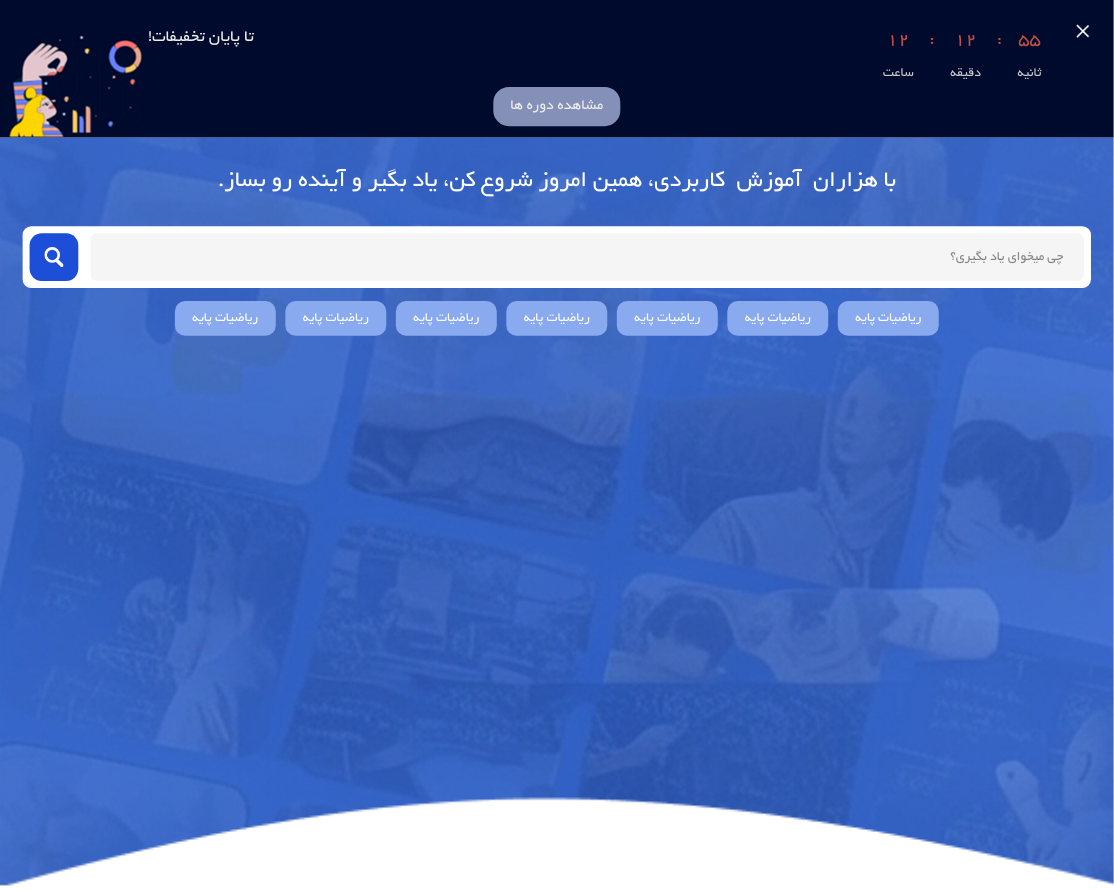
Repository: sinafath/fradars
Page: /
The author's editor kept a copy of each file at every save. The page is drawn from the files as they stood at one save, then again after the next save.
The browser window is 1280 px wide. The pictures show the whole page, at 87% of full size.
The project was rebuilt for these pictures with package versions that can differ from the ones it lists, and the page was loaded fresh each time. The framework's server and built-in components were replaced by stand-ins that run in the browser. Also part of the build but not shown: next.config.ts.

Above is the page before, as saved 2025-09-21 20:04:45.

### src/app/layout.tsx
import type { Metadata } from "next";
import localFont from 'next/font/local'

const myFont = localFont({
  src: '../../public/BYEKAN.ttf',
})
import "./globals.css";

console.log(myFont)

export const metadata: Metadata = {
  title: "Fradars",
  description: "tutoring website",
};

export default function RootLayout({
  children,
}: Readonly<{
  children: React.ReactNode;
}>) {
  return (
    <html lang="fa" dir="rtl" className={myFont.className}>
      <body
      >
        {children}
      </body>
    </html>
  );
}

### src/app/page.tsx
import { Center, Column, Row } from "@/components/core";
import Image from "next/image";

export default function Home() {
  return (
    <div>
      <div className="w-full relative flex justify-center bg-[#000A2D] h-[158px] ">
        <Image
          aria-hidden
          className="absolute left-0"
          src="/1.png"
          alt="File icon"
          width={163}
          height={157}
        />
        <Image
          aria-hidden
          className="absolute top-[28px] start-[28px]"
          src="/2.png"
          alt="File icon"
          width={15}
          height={15}
        />
        <Row className="top-[30px] absolute start-[83px] gap-[18px] h-[58px]" align="start" >
          <Column className="gap-[20px] text-center">
            <span className="text-[22px]  h-[22px]  text-[#BF4F43]">۵۵</span>
            <span className="text-[#C9C9C9] text-[16px]">ثانیه</span>
          </Column >
          <span className="text-[22px] text-[#BF4F43]">:</span>
          <Column className="gap-[20px] text-center">
            <span className="text-[22px] h-[22px]  text-[#BF4F43]">۱۲</span>
            <span className="text-[#C9C9C9] text-[16px]">دقیقه</span>
          </Column >
          <span className="text-[22px] text-[#BF4F43]">:</span>
          <Column className="gap-[20px] text-center">
            <span className="text-[22px] h-[22px]  text-[#BF4F43]">۱۲</span>
            <span className="text-[#C9C9C9] text-[16px]">ساعت</span>
          </Column >

        </Row>
        <p className=" absolute top-[29px] end-[170px] text-[#EDEDED] text-[20px]">تا پایان تخفیفات!</p>
        <button className=" w-[146px] h-[45px] bg-[#8590B8] rounded-[18px] absolute bottom-[13px] text-[18px] text-[#EDEDED]">مشاهده دوره ها</button>
      </div>
      <Column className="relative text-center">
        <h1 className="text-[28px] text-white pt-[30px] px-[62px]"> با هزاران  آموزش‌  کاربردی، همین امروز شروع کن،
          یاد بگیر و آینده رو بساز.</h1>
        <Row className="mt-[30px] w-[calc(100%-52px)] bg-white p-[8px] gap-[14px] h-[71px] mx-[26px] rounded-[10px]" >
          <input type="text" className="bg-[#F5F5F5] flex-1 h-full rounded-[8px] px-[24px] " placeholder="چی میخوای یاد بگیری؟" />
          <Center className="bg-[#1D4ED8] w-[56px] h-full rounded-[14px]">
            <img src="/4.svg" />
          </Center>
        </Row>
        <Row className="flex-wrap gap-x-[11px] gap-y-[15px] mt-[15px] justify-center ">
          <div className="rounded-[12px] text-[16px] px-[20px] py-[8px] bg-[#8AAAF0] text-white"> ریاضیات پایه </div>
          <div className="rounded-[12px] text-[16px] px-[20px] py-[8px] bg-[#8AAAF0] text-white"> ریاضیات پایه </div>
          <div className="rounded-[12px] text-[16px] px-[20px] py-[8px] bg-[#8AAAF0] text-white"> ریاضیات پایه </div>
          <div className="rounded-[12px] text-[16px] px-[20px] py-[8px] bg-[#8AAAF0] text-white"> ریاضیات پایه </div>
          <div className="rounded-[12px] text-[16px] px-[20px] py-[8px] bg-[#8AAAF0] text-white"> ریاضیات پایه </div>
          <div className="rounded-[12px] text-[16px] px-[20px] py-[8px] bg-[#8AAAF0] text-white"> ریاضیات پایه </div>
          <div className="rounded-[12px] text-[16px] px-[20px] py-[8px] bg-[#8AAAF0] text-white"> ریاضیات پایه </div>
        </Row>
        <Image
          aria-hidden
          className="absolute top-0 start-0 w-full z-[-1]"
          src="/3.png"
          alt="File icon"
          width={560}
          height={377}
        />
      </Column>

    </div>
  );
}

### src/app/globals.css

@import "tailwindcss";

:root {
  --background: #ffffff;
  --foreground: #171717;
}

@theme inline {
  --color-background: var(--background);
  --color-foreground: var(--foreground);
}
@layer base {
  *{
    @apply box-border; /* Ensures box-sizing: border-box */
  }
}
@media (prefers-color-scheme: dark) {
  :root {
    --background: #0a0a0a;
    --foreground: #ededed;
  }
}


body {
  background: var(--background);
  color: var(--foreground);
  font-weight: normal;
}

### src/components/core.tsx
import { cn } from "@/lib/utils";
import { ReactNode } from "react";

type AlignItems = 'start' | 'center' | 'end' | 'baseline' | 'stretch';
type JustifyContent = 'start' | 'center' | 'end' | 'between' | 'around' | 'evenly';

interface FlexProps {
    children?: ReactNode;
    className?: string;
    align?: AlignItems;
    justify?: JustifyContent;
}

const alignClasses: Record<AlignItems, string> = {
    start: 'items-start',
    center: 'items-center',
    end: 'items-end',
    baseline: 'items-baseline',
    stretch: 'items-stretch',
};

const justifyClasses: Record<JustifyContent, string> = {
    start: 'justify-start',
    center: 'justify-center',
    end: 'justify-end',
    between: 'justify-between',
    around: 'justify-around',
    evenly: 'justify-evenly',
};

interface CenterProps {
    children: ReactNode;
    className?: string;
}

function Center({ children, className }: CenterProps) {
    return (
        <div className={cn('flex items-center justify-center', className)}>
            {children}
        </div>
    );
}

function Row({
    children,
    className,
    align = 'center',
    justify = 'start',
    ...props
}: FlexProps) {
    return (
        <div
            className={cn('flex flex-row', alignClasses[align], justifyClasses[justify], className)}
            {...props}
        >
            {children}
        </div>
    );
}

function Column({
    children,
    className,
    align = 'center',
    justify = 'start',
    ...props
}: FlexProps) {
    return (
        <div
            className={cn('flex flex-col', alignClasses[align], justifyClasses[justify], className)}
            {...props}
        >
            {children}
        </div>
    );
}

export { Column, Center, Row };

Loaded but not shown: src/lib/utils.ts (common file)

After the next save:
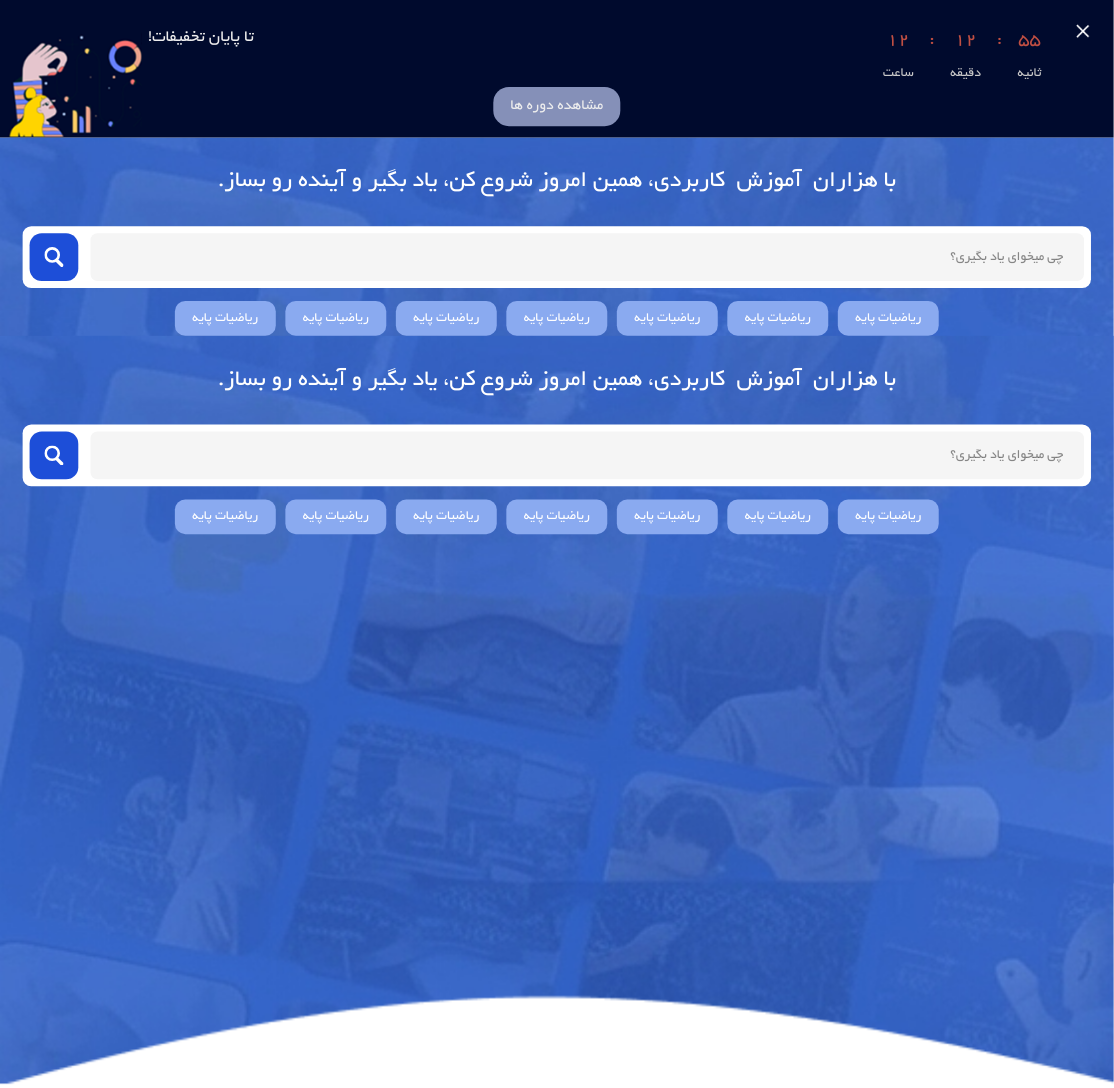
Saved 6 s later.
--- a/src/app/page.tsx
+++ b/src/app/page.tsx
@@ -68,7 +68,33 @@
           height={377}
         />
       </Column>
-
+            <Column className="relative text-center">
+        <h1 className="text-[28px] text-white pt-[30px] px-[62px]"> با هزاران  آموزش‌  کاربردی، همین امروز شروع کن،
+          یاد بگیر و آینده رو بساز.</h1>
+        <Row className="mt-[30px] w-[calc(100%-52px)] bg-white p-[8px] gap-[14px] h-[71px] mx-[26px] rounded-[10px]" >
+          <input type="text" className="bg-[#F5F5F5] flex-1 h-full rounded-[8px] px-[24px] " placeholder="چی میخوای یاد بگیری؟" />
+          <Center className="bg-[#1D4ED8] w-[56px] h-full rounded-[14px]">
+            <img src="/4.svg" />
+          </Center>
+        </Row>
+        <Row className="flex-wrap gap-x-[11px] gap-y-[15px] mt-[15px] justify-center ">
+          <div className="rounded-[12px] text-[16px] px-[20px] py-[8px] bg-[#8AAAF0] text-white"> ریاضیات پایه </div>
+          <div className="rounded-[12px] text-[16px] px-[20px] py-[8px] bg-[#8AAAF0] text-white"> ریاضیات پایه </div>
+          <div className="rounded-[12px] text-[16px] px-[20px] py-[8px] bg-[#8AAAF0] text-white"> ریاضیات پایه </div>
+          <div className="rounded-[12px] text-[16px] px-[20px] py-[8px] bg-[#8AAAF0] text-white"> ریاضیات پایه </div>
+          <div className="rounded-[12px] text-[16px] px-[20px] py-[8px] bg-[#8AAAF0] text-white"> ریاضیات پایه </div>
+          <div className="rounded-[12px] text-[16px] px-[20px] py-[8px] bg-[#8AAAF0] text-white"> ریاضیات پایه </div>
+          <div className="rounded-[12px] text-[16px] px-[20px] py-[8px] bg-[#8AAAF0] text-white"> ریاضیات پایه </div>
+        </Row>
+        <Image
+          aria-hidden
+          className="absolute top-0 start-0 w-full z-[-1]"
+          src="/3.png"
+          alt="File icon"
+          width={560}
+          height={377}
+        />
+      </Column>
     </div>
   );
 }

After the save that followed:
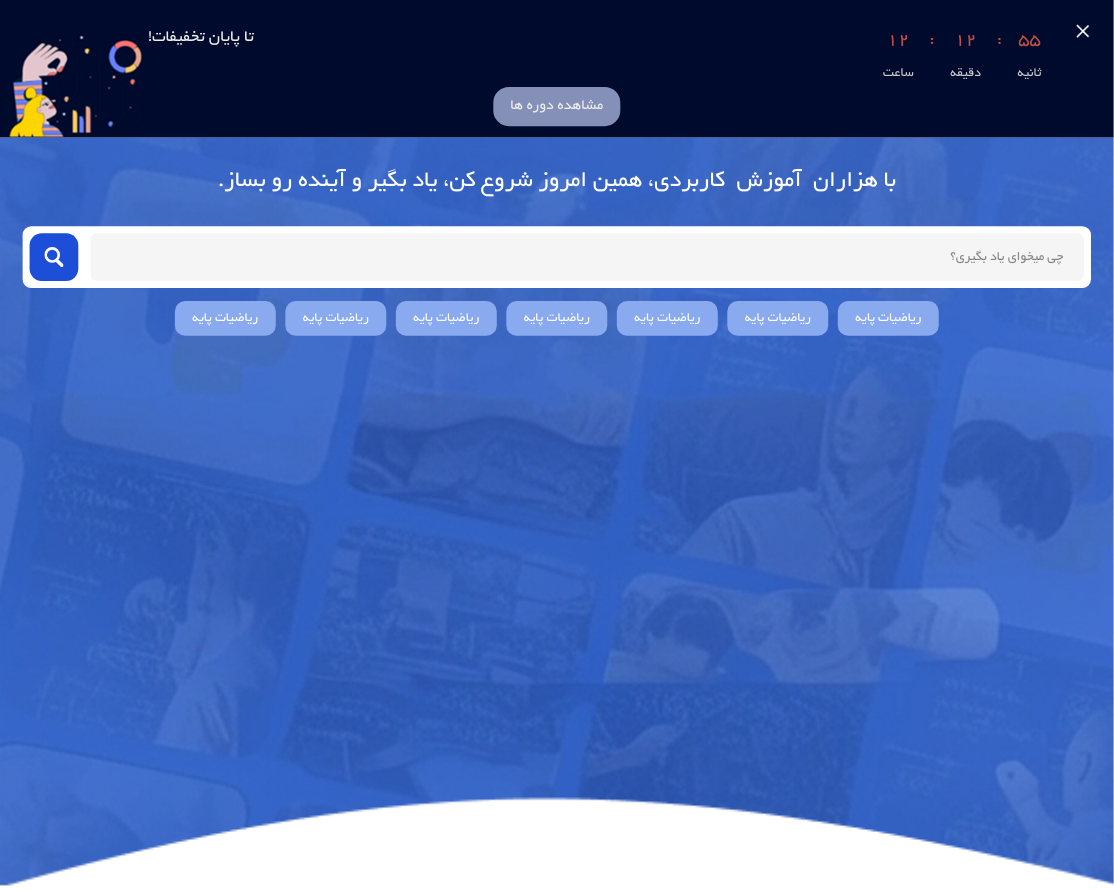
Saved 5 s later.
--- a/src/app/page.tsx
+++ b/src/app/page.tsx
@@ -69,31 +69,7 @@
         />
       </Column>
             <Column className="relative text-center">
-        <h1 className="text-[28px] text-white pt-[30px] px-[62px]"> با هزاران  آموزش‌  کاربردی، همین امروز شروع کن،
-          یاد بگیر و آینده رو بساز.</h1>
-        <Row className="mt-[30px] w-[calc(100%-52px)] bg-white p-[8px] gap-[14px] h-[71px] mx-[26px] rounded-[10px]" >
-          <input type="text" className="bg-[#F5F5F5] flex-1 h-full rounded-[8px] px-[24px] " placeholder="چی میخوای یاد بگیری؟" />
-          <Center className="bg-[#1D4ED8] w-[56px] h-full rounded-[14px]">
-            <img src="/4.svg" />
-          </Center>
-        </Row>
-        <Row className="flex-wrap gap-x-[11px] gap-y-[15px] mt-[15px] justify-center ">
-          <div className="rounded-[12px] text-[16px] px-[20px] py-[8px] bg-[#8AAAF0] text-white"> ریاضیات پایه </div>
-          <div className="rounded-[12px] text-[16px] px-[20px] py-[8px] bg-[#8AAAF0] text-white"> ریاضیات پایه </div>
-          <div className="rounded-[12px] text-[16px] px-[20px] py-[8px] bg-[#8AAAF0] text-white"> ریاضیات پایه </div>
-          <div className="rounded-[12px] text-[16px] px-[20px] py-[8px] bg-[#8AAAF0] text-white"> ریاضیات پایه </div>
-          <div className="rounded-[12px] text-[16px] px-[20px] py-[8px] bg-[#8AAAF0] text-white"> ریاضیات پایه </div>
-          <div className="rounded-[12px] text-[16px] px-[20px] py-[8px] bg-[#8AAAF0] text-white"> ریاضیات پایه </div>
-          <div className="rounded-[12px] text-[16px] px-[20px] py-[8px] bg-[#8AAAF0] text-white"> ریاضیات پایه </div>
-        </Row>
-        <Image
-          aria-hidden
-          className="absolute top-0 start-0 w-full z-[-1]"
-          src="/3.png"
-          alt="File icon"
-          width={560}
-          height={377}
-        />
+
       </Column>
     </div>
   );
